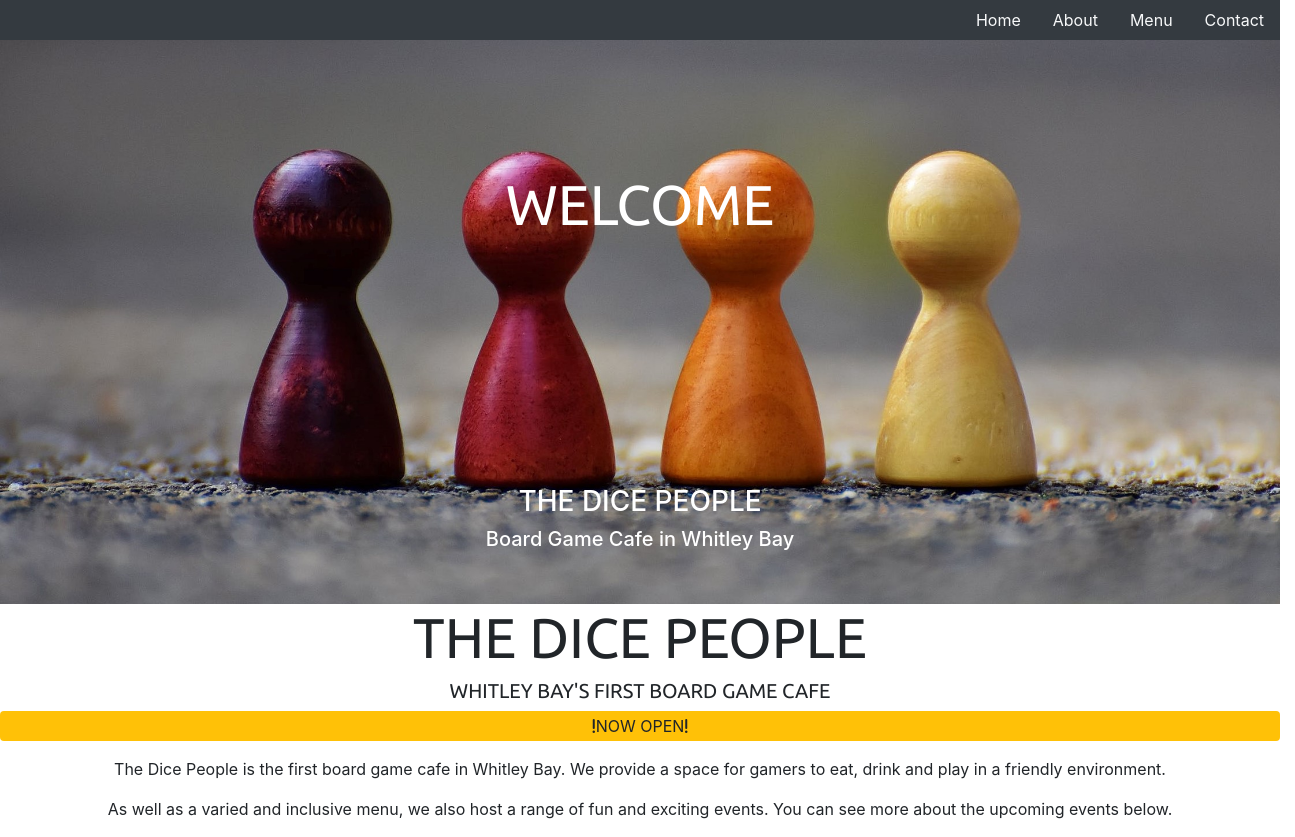
Repository: Code-Institute-Submissions/eleanorpro-milestoneproject1
Page: index.html
The author's editor kept a record of every edit. The page is drawn from the files as they stood at one moment, then again after the next edit.
The browser window is 1280 px wide. The page is 1295 px wide, so the pictures cover 1295 px, including what lies to the right of the window. The pictures show the whole page.
Some web libraries are served in a nearby version.

Above is the page before.

After the next edit:
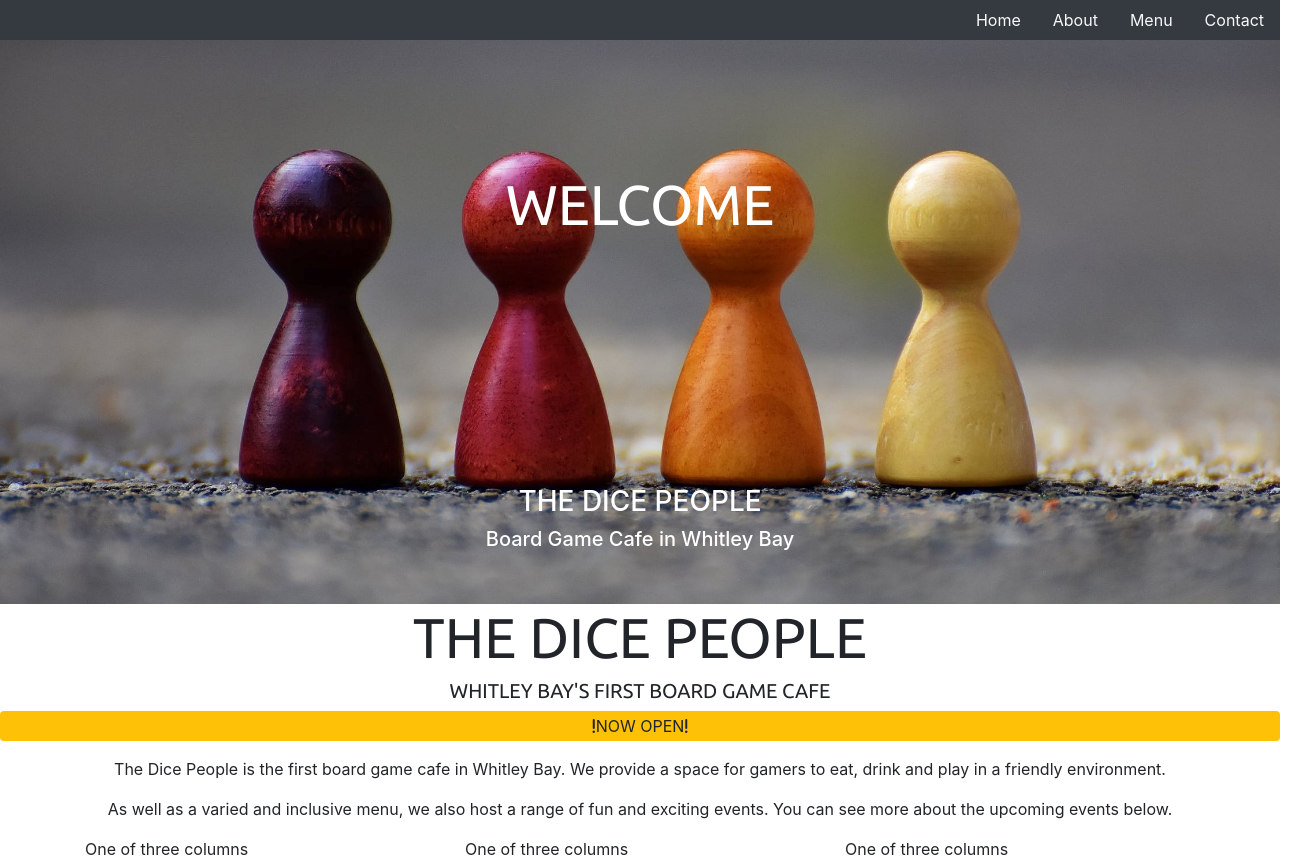
The edit:
--- a/index.html
+++ b/index.html
@@ -56,6 +56,20 @@
             <p>The Dice People is the first board game cafe in Whitley Bay. We provide a space for gamers to eat, drink and play in a friendly environment.</p>
             <p>As well as a varied and inclusive menu, we also host a range of fun and exciting events. You can see more about the upcoming events below.</p>
         </div>
+<!-- Upcoming events below. -->
+        <div class="container">
+            <div class="row">
+                <div class="col-sm">
+                    One of three columns
+                </div>
+                <div class="col-sm">
+                    One of three columns
+                </div>
+                <div class="col-sm">
+                    One of three columns
+                </div>
+            </div>
+        </div>
     </section>
     <footer>
 
